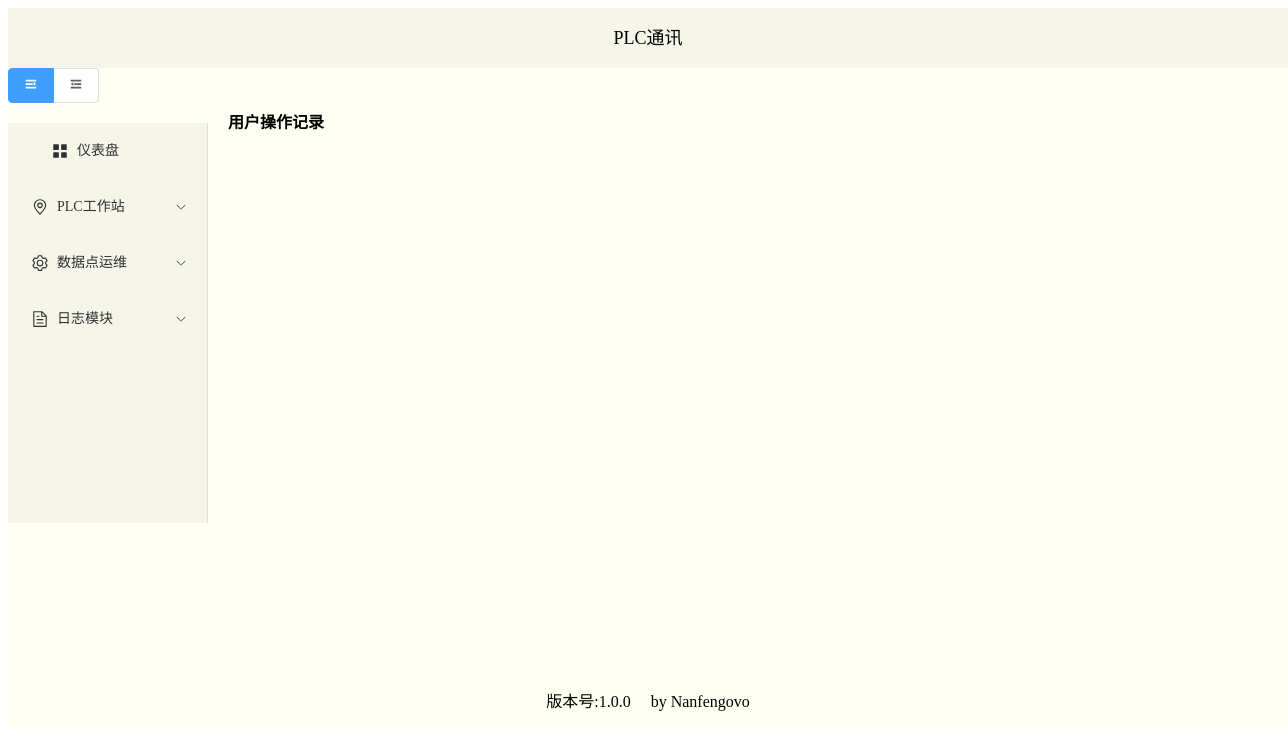
Repository: nanfengovo/HelperWorkStation
Page: /#/frameWork/Log/Operation (app in HelperWorkStation/plchelper-ui/)
These files come from the project's save history. The page is drawn as it stood at one moment and after the next save; the edit follows.
The browser window is 1280 px wide. The page is 1288 px wide, so the pictures cover 1288 px, including what lies to the right of the window. The pictures show the whole page.
The project was rebuilt for these pictures with package versions that can differ from the ones it lists, and the page was loaded fresh each time. Also part of the build but not shown: HelperWorkStation/plchelper-ui/vite.config.ts, HelperWorkStation/plchelper-ui/src/views/Login/index.vue.

Above is the page before, as saved 2025-02-05 20:42:57.

### HelperWorkStation/plchelper-ui/index.html
<!DOCTYPE html>
<html lang="">
  <head>
    <meta charset="UTF-8">
    <link rel="icon" href="/icon-park-outline--cpu.png">
    <meta name="viewport" content="width=device-width, initial-scale=1.0">
    <title>PLCHelper Station</title>
  </head>
  <body>
    <div id="app"></div>
    <script type="module" src="/src/main.ts"></script>
  </body>
</html>

<style>
  #app{
    /* display: flex;
    justify-content: center;
    align-items: center; */
    height: 100vh;
    width: 100vw;
  }
</style>

### HelperWorkStation/plchelper-ui/src/main.ts
// import './assets/main.css'

import { createApp } from 'vue'
import ElementPlus from 'element-plus'
import 'element-plus/dist/index.css'
import { createPinia } from 'pinia'

import App from './App.vue'
import * as ElementPlusIconsVue from '@element-plus/icons-vue'
import router from './router'

const app = createApp(App)
app.use(router)
for (const [key, component] of Object.entries(ElementPlusIconsVue)) {
    app.component(key, component)
    }
app.use(ElementPlus)
app.use(createPinia())


app.mount('#app')

### HelperWorkStation/plchelper-ui/src/App.vue
<script setup lang="ts">
import {  RouterView } from 'vue-router'
import FrameWork from './views/FrameWork/index.vue'
import Login from './views/Login/index.vue'
</script>

<template>
  <div class="app">
    <RouterView />
  </div>

  <!-- <RouterView /> -->
</template>

<style scoped>
	html,body,#app{
      height: 100%;
      width: 100%;
	}
  .app{
    height: 100%;
    width: 100%;
  }
</style>

### HelperWorkStation/plchelper-ui/src/router/index.ts
import { createMemoryHistory, createRouter, createWebHashHistory, type RouteRecordRaw } from 'vue-router'
import frameWork from '../views/FrameWork/index.vue';
import Login from '../views/Login/index.vue';
import panel from '../views/FrameWork/layout/panel/index.vue';

// const routes: RouteRecordRaw[] = [];
const routes: Array<RouteRecordRaw> = [
    {
        path: '/',
        redirect: '/login'
    },
    {
        path: '/login',
        name: 'login',
        component: Login
    },
    {
        path: '/frameWork',
        name: '主页',
        component: frameWork,
        children: [
            {
                path: '/framework/panel',
                name: '仪表板',
                component: () => import('../views/FrameWork/layout/panel/index.vue'),
            },
            {
                path: '/frameWork/PLCWorkstation/Modbus',
                name: 'PLC工作站-Modbus',
                component: () => import('../views/FrameWork/layout/PLCWorkstation/Modbus/index.vue'),
            },
            {
                path: '/frameWork/PLCWorkstation/PLC',
                name: 'PLC工作站-PLC配置',
                component: () => import('../views/FrameWork/layout/PLCWorkstation/PLC/index.vue'),
            },
            {
                path: '/frameWork/PLCWorkstation/S7',
                name: 'PLC工作站-S7',
                component: () => import('../views/FrameWork/layout/PLCWorkstation/S7/index.vue'),
            },
            {
                path: '/frameWork/PLCWorkstation/OPC',
                name: 'PLC工作站-OPC',
                component: () => import('../views/FrameWork/layout/PLCWorkstation/OPC/index.vue'),
            },
            {
                path: '/frameWork/PLCWorkstation/FinsTCP',
                name: 'PLC工作站-FinsTCP',
                component: () => import('../views/FrameWork/layout/PLCWorkstation/FinsTCP/index.vue'),
            },
            {
                path: '/frameWork/DataPointOperations/Modbus',
                name: '数据点运维-Modbus',
                component: () => import('../views/FrameWork/layout/DataPointOperations/Modbus/index.vue'),
            },
            {
                path: '/frameWork/DataPointOperations/S7',
                name: '数据点运维-S7',
                component: () => import('../views/FrameWork/layout/DataPointOperations/S7/index.vue'),
            },
            {
                path: '/frameWork/DataPointOperations/Opc',
                name: '数据点运维-Opc',
                component: () => import('../views/FrameWork/layout/DataPointOperations/OPC/index.vue'),
            },
            {
                path: '/frameWork/DataPointOperations/FinsTCP',
                name: '数据点运维-FinsTCP',
                component: () => import('../views/FrameWork/layout/DataPointOperations/FinsTCP/index.vue'),
            },
            {
                path: '/frameWork/Log/Operation',
                name: '用户操作日志',
                component: () => import('../views/FrameWork/layout/Log/Operation/index.vue'),
            },
            {
                path: '/frameWork/Log/ReadWrite',
                name: '数据点读写日志',
                component: () => import('../views/FrameWork/layout/Log/ReadWrite/index.vue'),
            },

        ],


    },
];

const router = createRouter({
    history: createWebHashHistory(),
    routes,
});

export default router;

### HelperWorkStation/plchelper-ui/src/views/FrameWork/index.vue
<template>
    <div class="common-layout">
        <el-container>
            <div class="layout-header">
                <el-header>
                    PLC通讯
                </el-header>
            </div>
            <el-container>
                <el-aside width="200px" height="100vh" >
                    <el-radio-group v-model="isCollapse" style="margin-bottom: 20px">
                        <el-radio-button :value="false"><el-icon><Expand /></el-icon></el-radio-button>
                        <el-radio-button :value="true"><el-icon><Fold /></el-icon></el-radio-button>
                    </el-radio-group>
                    <el-menu
                        background-color="#f5f5e9"
                        default-active="1"
                        class="el-menu-vertical-demo"
                        :collapse="isCollapse"
                        @open="handleOpen"
                        @close="handleClose"
                        router
                    >
                        <el-menu-item index="/frameWork/panel">
                            <el-menu-item >
                                <el-icon><icon-menu /></el-icon>
                                <template #title>仪表盘</template>
                            </el-menu-item>
                        </el-menu-item>
                        <el-sub-menu index="2">
                        <template #title>
                            <el-icon><location /></el-icon>
                            <span>PLC工作站</span>
                        </template>
                        <el-menu-item-group >
                            <el-menu-item index="/frameWork/PLCWorkstation/PLC">PLC配置</el-menu-item>
                            <el-menu-item index="/frameWork/PLCWorkstation/Modbus">Modbus模块</el-menu-item>
                            <el-menu-item index="/frameWork/PLCWorkstation/S7">S7模块</el-menu-item>
                            <el-menu-item index="/frameWork/PLCWorkstation/OPC">OPC模块</el-menu-item>
                            <el-menu-item index="/frameWork/PLCWorkstation/FinsTCP">FinsTCP模块</el-menu-item>
                        </el-menu-item-group>
                        </el-sub-menu>
                        <el-sub-menu index="3">
                        <template #title>
                            <el-icon><Setting /></el-icon>
                            <span>数据点运维</span>
                        </template>
                        <el-menu-item-group >
                            <el-menu-item index="/frameWork/DataPointOperations/Modbus">Modbus数据点配置</el-menu-item>
                            <el-menu-item index="/frameWork/DataPointOperations/S7">S7数据点配置</el-menu-item>
                            <el-menu-item index="/frameWork/DataPointOperations/Opc">OPC数据点配置</el-menu-item>
                            <el-menu-item index="/frameWork/DataPointOperations/FinsTCP">FinsTCP数据点模块</el-menu-item>
                        </el-menu-item-group>
                        </el-sub-menu>
                        <el-sub-menu index="4">
                        <template #title>
                            <el-icon><Document /></el-icon>
                            <span>日志模块</span>
                        </template>
                        <el-menu-item-group >
                            <el-menu-item index="/frameWork/Log/Operation">操作日志</el-menu-item>
                            <el-menu-item index="/frameWork/Log/ReadWrite">读写日志</el-menu-item>
                        </el-menu-item-group>
                        </el-sub-menu>
                    </el-menu>
                </el-aside>
                    <el-container>
                        <el-main>
                            <!-- <div class="main-header"> -->
                            <!-- <div class="main-header-breadcrumb"> -->
                                <!-- 面包屑 -->
                                <!-- <el-breadcrumb :separator-icon="ArrowRight"
                                                style="cursor: pointer; margin: 10px 0; display:inline-block;margin-left: 10px; ">
                                                <el-breadcrumb-item  >面包屑导航</el-breadcrumb-item>
                                </el-breadcrumb>
                            </div> -->
                            <!-- <div class="main-header-tab">
                                <el-tab>
                                    <el-tabs
                                    v-model="tablist"
                                    type="card"
                                    editable
                                    class="demo-tabs"
                                    @tab-click="pushTo"
                                >
                                    <el-tab-pane
                                    v-for="item in tablist"
                                    :key="item.name"
                                    :label="item.name"
                                    :name="item.name"
                                    >
                                    {{ item.path }}
                                    </el-tab-pane>
                                </el-tabs>
                                </el-tab>
                            </div> -->
                        <!-- </div> -->
                            <RouterView/>
                        </el-main>
                    </el-container>
            </el-container>
                <el-footer class="fixed-footer" >
                    <span>版本号:{{SoftVersion}}</span>&nbsp;&nbsp;&nbsp;&nbsp;
                    <span>by {{ SoftAuthor }}</span>
                </el-footer>
        </el-container>
    </div>
</template>

<script lang="ts" setup>
import { ref } from 'vue'
import { useRouter } from 'vue-router';
import routes from '../../router/index';
import {
    Document,
    Menu as IconMenu,
    Location,
    Setting,
    ArrowRight,
} from '@element-plus/icons-vue'
import type { TabPaneName } from 'element-plus'



const SoftVersion = ref('1.0.0')
const SoftAuthor = ref('Nanfengovo')


import { useRoute } from 'vue-router'
import router from '../../router/index';
const route = useRoute()
const pathList = ref()

console.log('route', route)// 获取当前路由
console.log('route.matched', route.matched)// 获取当前路由匹配到的路由记录
console.log('route.matched[0].children', route.matched[0].children)// 获取当前路由匹配到的路由记录

const tablist = ref(route.matched[0].children)
const isCollapse = ref(false)

let tabIndex = 1;

// const pushTo = (tab: TabPaneName) => {
//     router.push(tab)
// }


</script>

<style>
.el-menu-vertical-demo:not(.el-menu--collapse) {
    width: 200px;
    min-height: 400px;
}
.layout-header {
    background-color: #f5f5e9;
    color: black;
    text-align: center;
    line-height: 60px;
    font-size: 18px;
}

.common-layout{
    display: flex;
    flex-direction: column;
    min-height: 100vh;
    background-color: #fffff3;
}
.fixed-footer {
    background-color: #fffff3; /* 根据需要设置背景颜色 */
    padding: 10px; /* 根据需要设置内边距 */
    text-align: center; /* 根据需要设置文本对齐方式 */
    margin-bottom: 20px;
    height: 30px;
    font-size: 16px;
}
.main-header{
    border: red 1px solid;
    width: 100%;
    height: 30px;
}
/* .main-header-breadcrumb{
    border: green 1px solid;
    margin: 10px;
    width: 100%;
    height: 30px;
} */
.main-header-tab
{
    border: blue 1px solid;
    width: 100%;
    height: 30px;
}
.demo-tabs {
    border: 1px solid orangered;
    width: 60px;
    height: 30px;
    border-radius: 4px;
}
.demo-tabs>.el-tab-pane {
    border-bottom: 1px solid #ebeef5;
}
</style>

### HelperWorkStation/plchelper-ui/src/views/FrameWork/layout/Log/Operation/index.vue
<template>
    <h1>用户操作记录</h1>
</template>
<script setup lang = "ts">
</script>

After the next save:
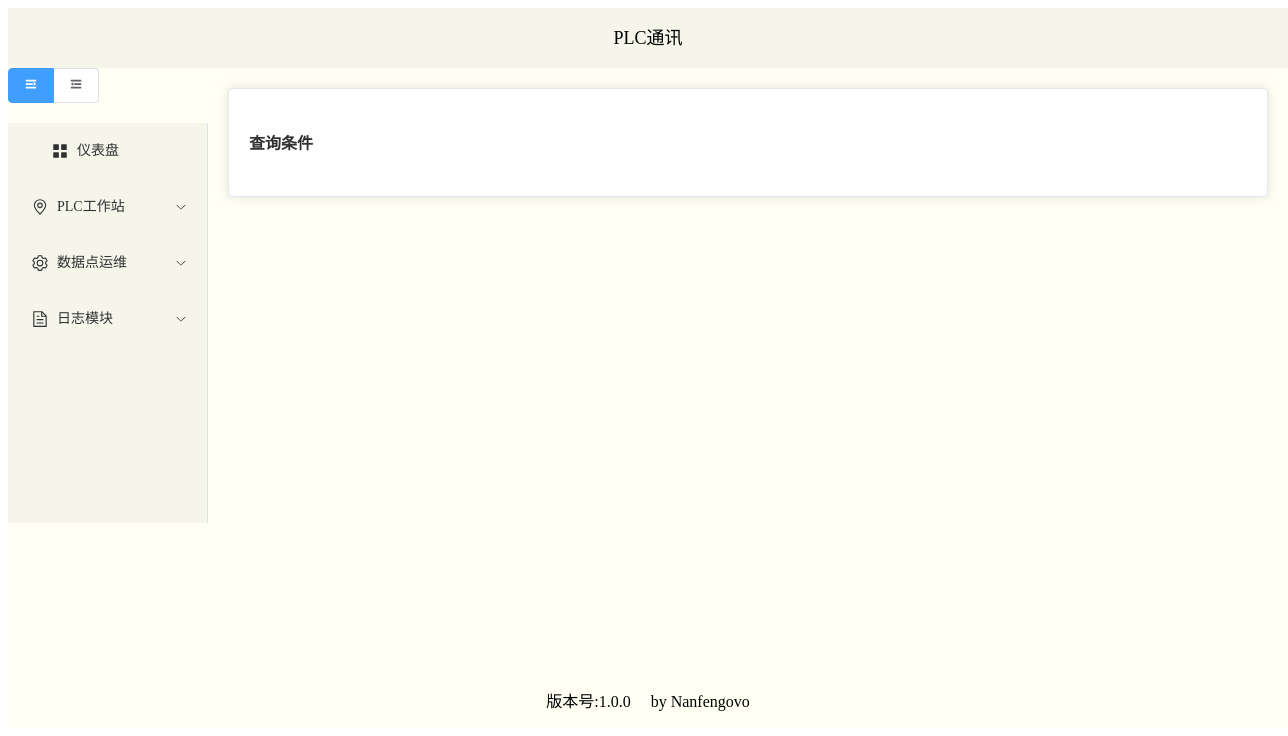
Saved 22 h 47 min later.
--- a/HelperWorkStation/plchelper-ui/src/views/FrameWork/layout/Log/Operation/index.vue
+++ b/HelperWorkStation/plchelper-ui/src/views/FrameWork/layout/Log/Operation/index.vue
@@ -1,5 +1,11 @@
 <template>
-    <h1>用户操作记录</h1>
+    <div class="Query conditions">
+        <el-card class="Query conditions-card">
+            <div class="Query conditions-card-title">
+                <h4>查询条件</h4>
+            </div>
+        </el-card>
+    </div>
 </template>
 <script setup lang = "ts">
 </script>
